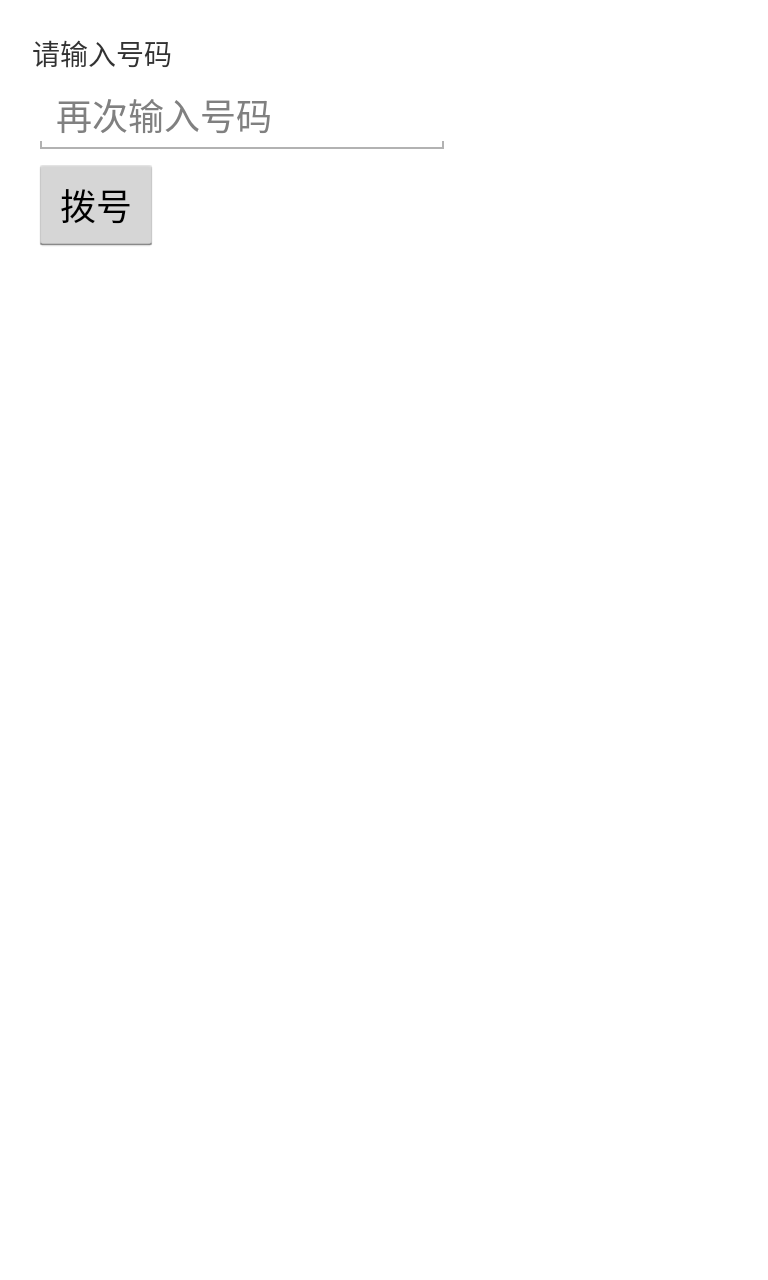
Repository: howu911/AndroidPracticeCode
Layout: day_02/code/day02_03_thirdClickEventMethod/res/layout/activity_main.xml
These files come from the project's save history. The layout is drawn as it stood at one moment and after the next save; the edit follows.
It is drawn on a 768 x 1280 px phone screen (xhdpi) without system bars, with theme AppTheme; the app's code is not run.

Above is the layout before, as saved 2020-04-06 14:03:50.

### day_02/code/day02_03_thirdClickEventMethod/res/layout/activity_main.xml
<RelativeLayout xmlns:android="http://schemas.android.com/apk/res/android"
    xmlns:tools="http://schemas.android.com/tools"
    android:layout_width="match_parent"
    android:layout_height="match_parent"
    android:paddingBottom="@dimen/activity_vertical_margin"
    android:paddingLeft="@dimen/activity_horizontal_margin"
    android:paddingRight="@dimen/activity_horizontal_margin"
    android:paddingTop="@dimen/activity_vertical_margin"
    tools:context="com.example.day02_03_thirdclickeventmethod.MainActivity" >

    <TextView
        android:id="@+id/textView1"
        android:layout_width="wrap_content"
        android:layout_height="wrap_content"
        android:text="请输入号码" />

    <EditText
        android:id="@+id/editText1"
        android:layout_width="wrap_content"
        android:layout_height="wrap_content"
        android:layout_alignLeft="@+id/textView1"
        android:layout_below="@+id/textView1"
        android:hint="再次输入号码"
        android:ems="10" />

    <Button
        android:id="@+id/button1"
        android:layout_width="wrap_content"
        android:layout_height="wrap_content"
        android:layout_alignLeft="@+id/editText1"
        android:layout_below="@+id/editText1"
        android:text="拨号" />

</RelativeLayout>

Loaded but not shown: day_02/code/day02_03_thirdClickEventMethod/res/values/styles.xml (common file); day_02/code/day02_03_thirdClickEventMethod/res/values-v11/styles.xml (common file); day_02/code/day02_03_thirdClickEventMethod/res/values-v14/styles.xml (common file); day_02/code/day02_03_thirdClickEventMethod/res/values/dimens.xml (common file); day_02/code/day02_03_thirdClickEventMethod/res/values-w820dp/dimens.xml (common file)

After the next save:
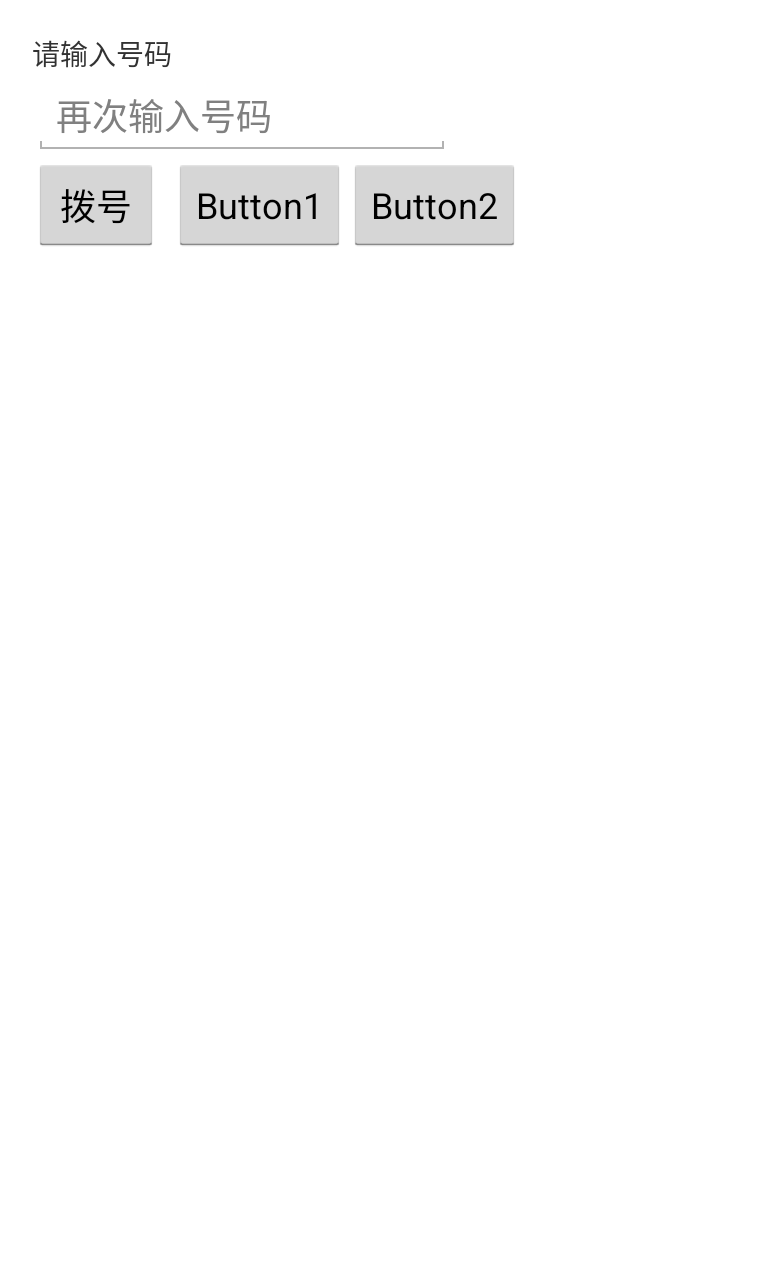
Saved 72 s later.
--- a/day_02/code/day02_03_thirdClickEventMethod/res/layout/activity_main.xml
+++ b/day_02/code/day02_03_thirdClickEventMethod/res/layout/activity_main.xml
@@ -31,4 +31,21 @@
         android:layout_below="@+id/editText1"
         android:text="拨号" />
 
+    <Button
+        android:id="@+id/button2"
+        android:layout_width="wrap_content"
+        android:layout_height="wrap_content"
+        android:layout_below="@+id/editText1"
+        android:layout_toRightOf="@+id/textView1"
+        android:text="Button1" />
+
+    <Button
+        android:id="@+id/button3"
+        android:layout_width="wrap_content"
+        android:layout_height="wrap_content"
+        android:layout_alignBaseline="@+id/button2"
+        android:layout_alignBottom="@+id/button2"
+        android:layout_toRightOf="@+id/button2"
+        android:text="Button2" />
+
 </RelativeLayout>
